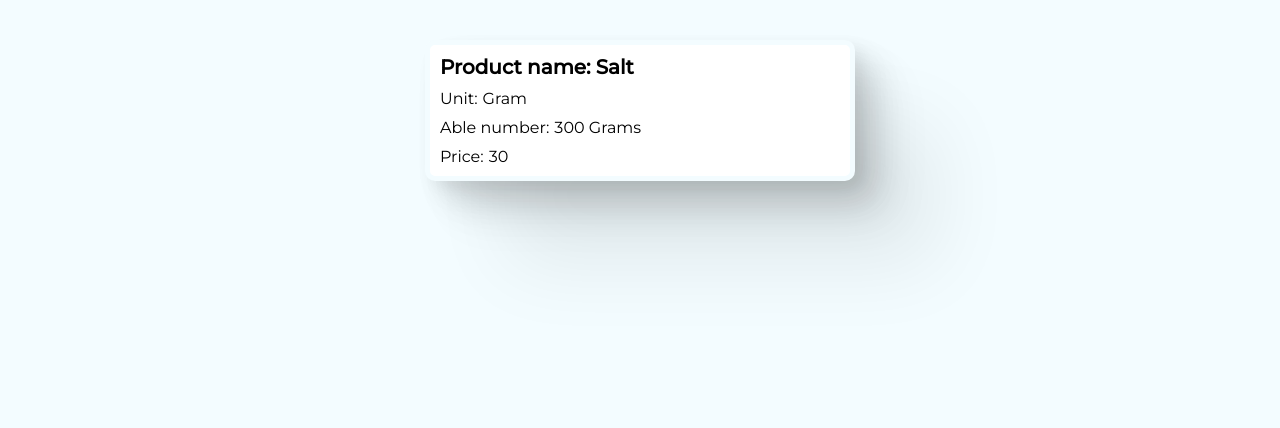
Repository: OlexandraKovach2/Vue
Page: / (app in vuexam/brila-exam/)
The author's editor kept a copy of each file at every save. The page is drawn from the files as they stood at one save, then again after the next save.
The browser window is 1280 px wide. The pictures show the whole page.
The project was rebuilt for these pictures with package versions that can differ from the ones it lists, and the page was loaded fresh each time. Also part of the build but not shown: vuexam/brila-exam/vue.config.js.

Above is the page before, as saved 2022-11-08 21:57:53.

After the next save:
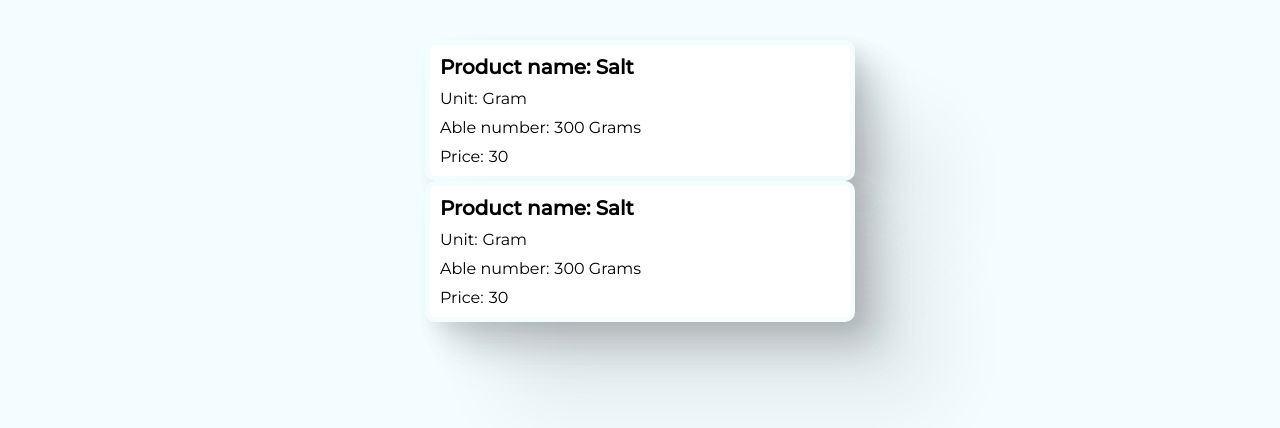
Saved 42 s later.
--- a/vuexam/brila-exam/src/store/index.js
+++ b/vuexam/brila-exam/src/store/index.js
@@ -5,6 +5,13 @@ const store = createStore({
         list: [
             {
                 id: 1,
+                name: "Salt",
+                unit: "Gram",
+                count: "300",
+                cost: 30
+            },
+            {
+                id: 2,
                 name: "Salt",
                 unit: "Gram",
                 count: "300",
